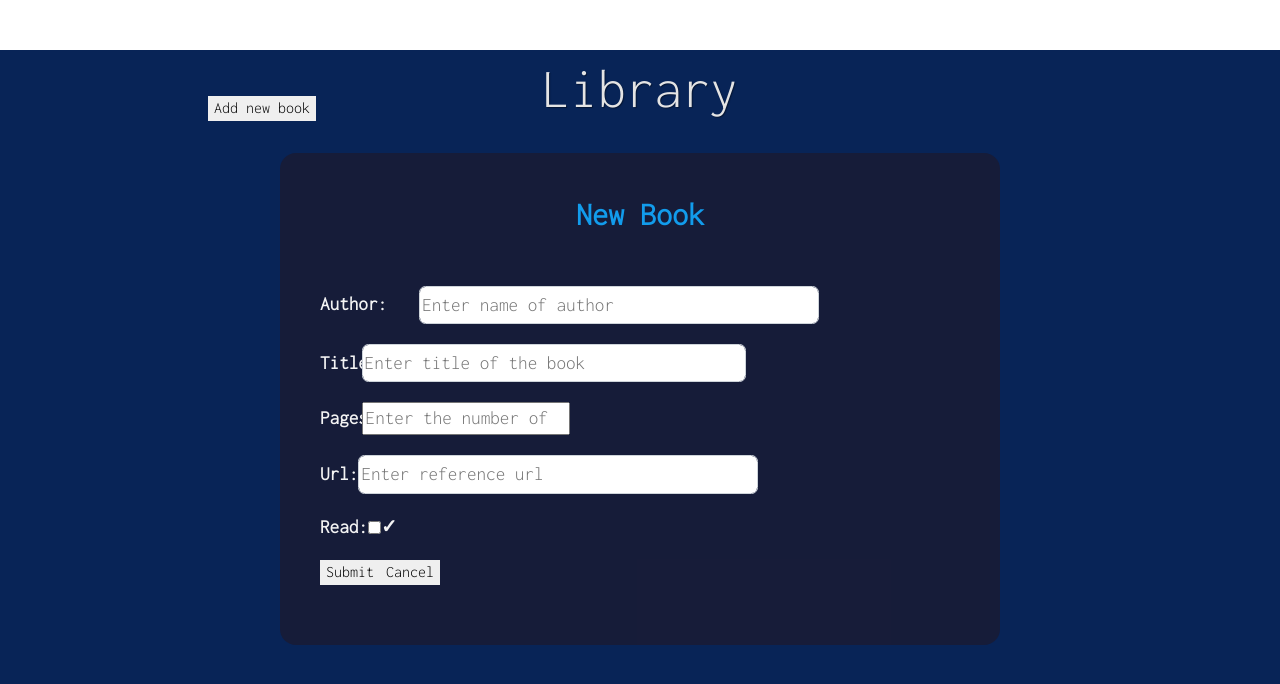
Repository: 0101chaitanya/Library
Page: index.html
These files come from the project's save history. The page is drawn as it stood at one moment and after a run of saves; the edit follows.
The browser window is 1280 px wide. The pictures show the whole page.

Above is the page before, as saved 2021-06-03 19:28:07.

After the next 3 saves:
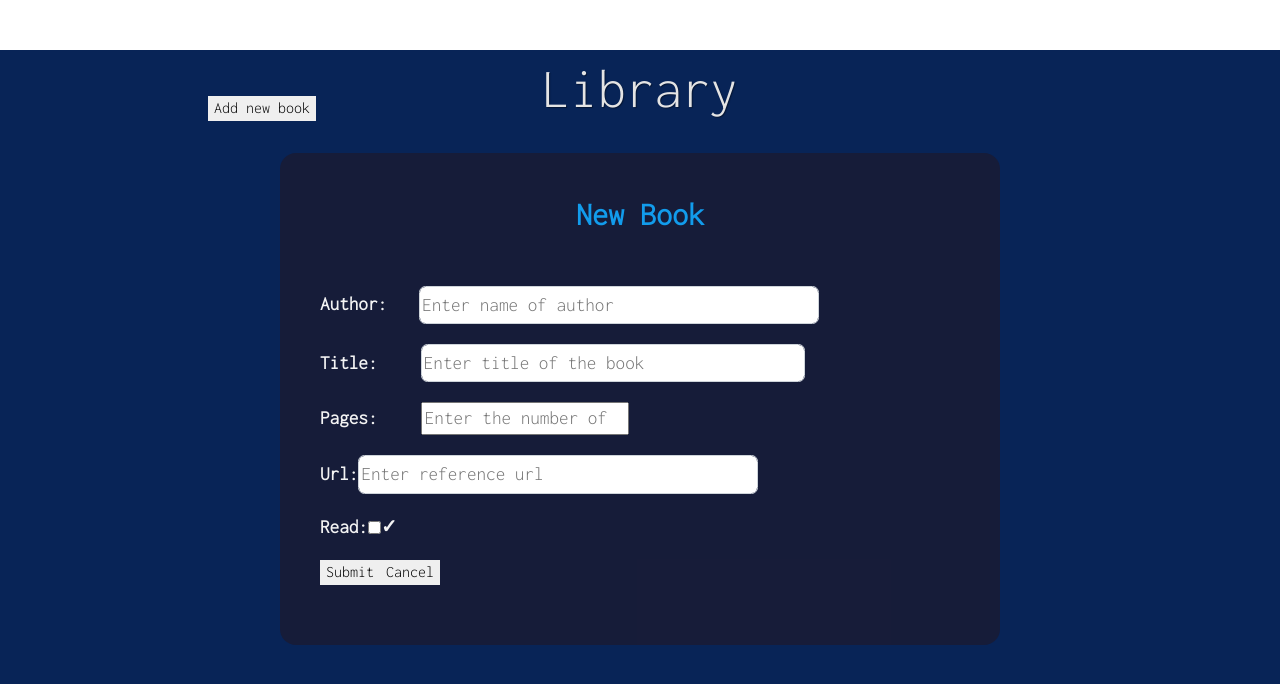
The 3 saves are shown as one change because they came seconds apart.
The last was saved 11 s later.
--- a/styles.css
+++ b/styles.css
@@ -157,7 +157,7 @@ h1 {
 #titleInput,
 #pagesInput {
     position: relative;
-    right: 1rem;
+    left: 2.7rem;
     max-width: 60%;
 }
 
